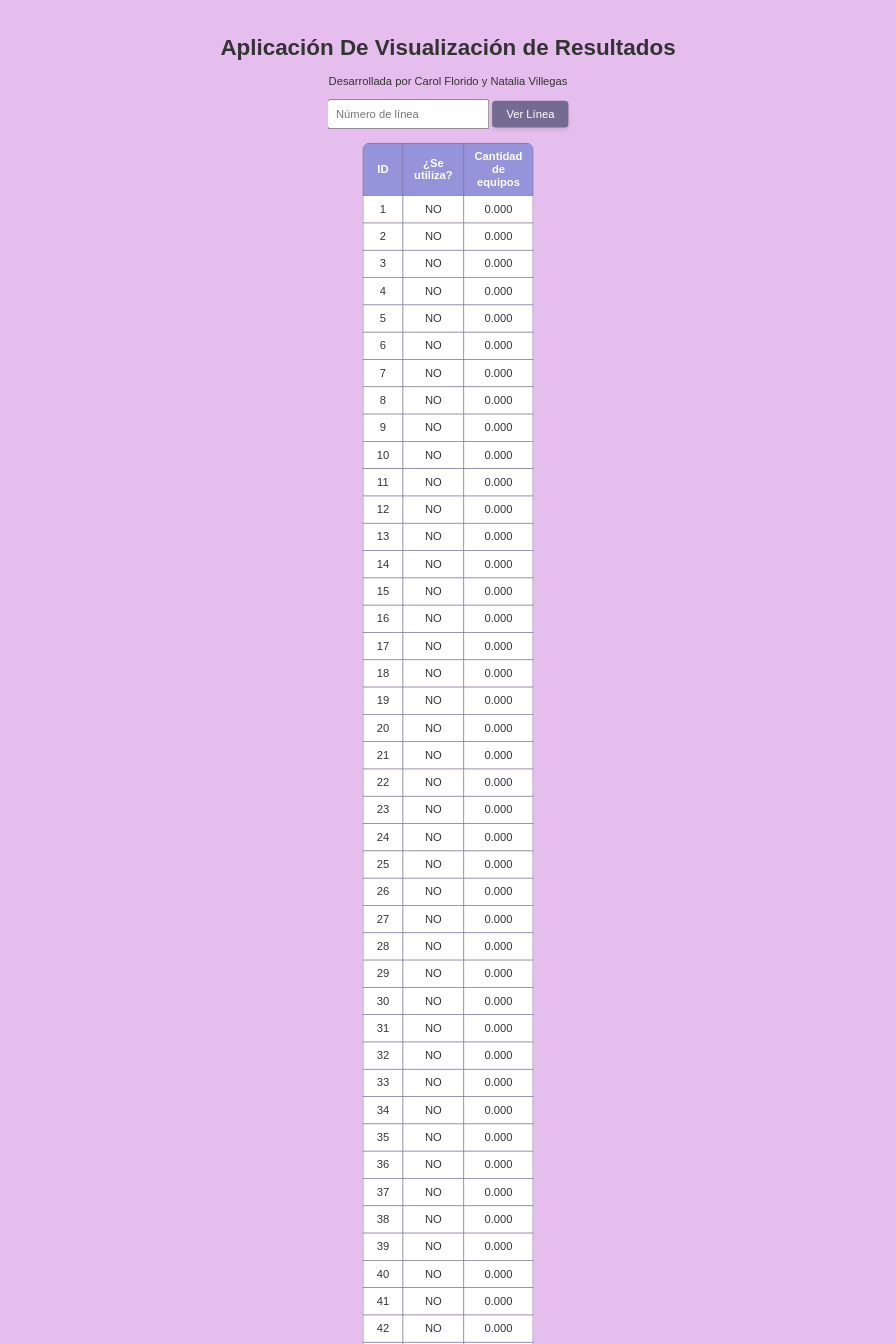
Repository: cflorido/Front_T3
Page: index.html
The author's editor kept a copy of each file at every save. The page is drawn from the files as they stood at one save, then again after the next save.
The browser window is 1280 px wide. The pictures show the part of the page from y = 0 to 1920 px (the page is 6969 px tall before and 720 px after), at 70% of full size.

Above is the page before, as saved 2024-10-22 22:37:39.

After the next save:
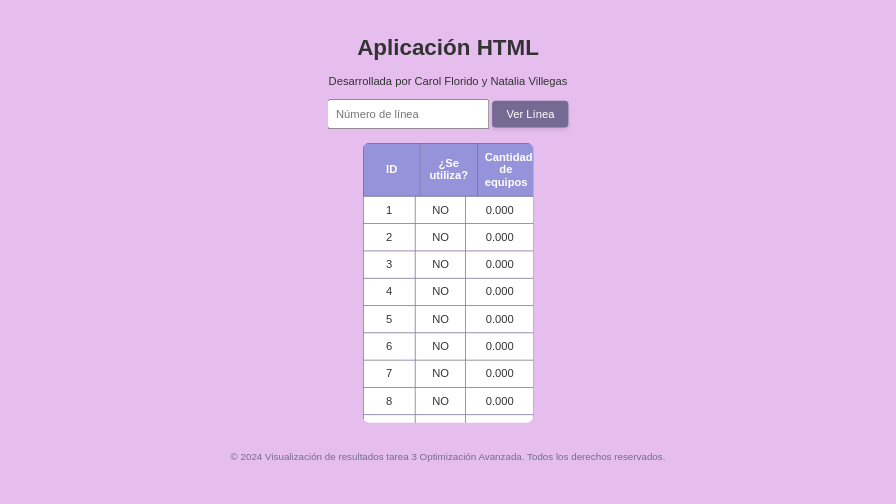
Saved 15 min 25 s later.
--- a/index.html
+++ b/index.html
@@ -34,6 +34,19 @@
             width: 20%; /* 20% del ancho de la pantalla */
             border-collapse: collapse;
             text-align: left;
+            overflow-y: auto; /* Habilitar desplazamiento vertical */
+            height: 400px; /* Altura fija para la tabla de equipos */
+            display: block; /* Para que el overflow funcione */
+        }
+        #tablaEquipos thead {
+            display: table; /* Para que el encabezado quede fijo */
+            table-layout: fixed; /* Fijar el ancho de las columnas */
+            width: 100%;
+        }
+        #tablaEquipos tbody {
+            display: block; /* Para permitir el desplazamiento */
+            height: 400px; /* Altura fija para el cuerpo de la tabla */
+            overflow-y: scroll; /* Habilitar desplazamiento vertical */
         }
         #tablaEquipos th, #tablaEquipos td {
             border: 1px solid #736B92;
@@ -91,7 +104,7 @@
     </style>
 </head>
 <body>
-    <h1>Aplicación De Visualización de Resultados</h1>
+    <h1>Aplicación HTML</h1>
     <p>Desarrollada por Carol Florido y Natalia Villegas</p>
 
     <input type="number" id="numeroLinea" placeholder="Número de línea" min="1" style="padding: 10px; font-size: 16px;">
@@ -229,7 +242,7 @@
 
                 const horaInicio = (i * 2) % 24;
                 const horaFin = (horaInicio + 2) % 24;
-                const franjaHoraria = `${horaInicio < 10 ? '0' : ''}${horaInicio}:00 - ${horaFin < 10 ? '0' : ''}${horaFin}:00`;
+                const franjaHoraria = `${horaInicio < 10 ? '0' + horaInicio : horaInicio}:00 - ${horaFin < 10 ? '0' + horaFin : horaFin}:00`;
 
                 const celdaFranja = document.createElement('td');
                 celdaFranja.textContent = franjaHoraria;
@@ -237,8 +250,9 @@
 
                 for (let j = 0; j < 7; j++) {
                     const celda = document.createElement('td');
-                    celda.textContent = horario[i * 7 + j];
-                    if (horario[i * 7 + j] === 1) {
+                    celda.textContent = horario[i][j];
+
+                    if (horario[i][j] === 1) {
                         celda.classList.add('utilizado'); // Agregar clase si se usa
                     }
                     fila.appendChild(celda);

After the save that followed:
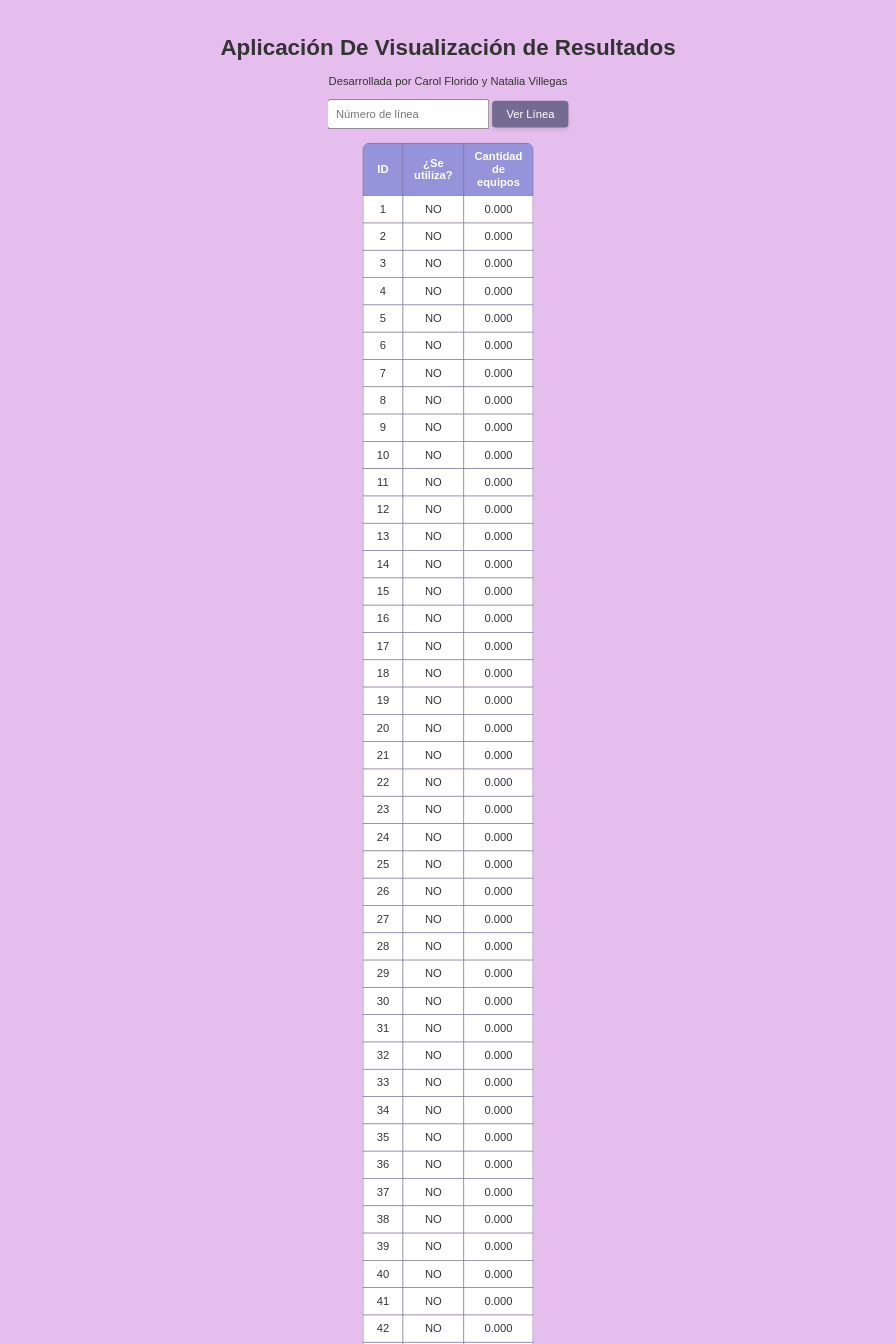
Saved 74 s later.
--- a/index.html
+++ b/index.html
@@ -34,19 +34,6 @@
             width: 20%; /* 20% del ancho de la pantalla */
             border-collapse: collapse;
             text-align: left;
-            overflow-y: auto; /* Habilitar desplazamiento vertical */
-            height: 400px; /* Altura fija para la tabla de equipos */
-            display: block; /* Para que el overflow funcione */
-        }
-        #tablaEquipos thead {
-            display: table; /* Para que el encabezado quede fijo */
-            table-layout: fixed; /* Fijar el ancho de las columnas */
-            width: 100%;
-        }
-        #tablaEquipos tbody {
-            display: block; /* Para permitir el desplazamiento */
-            height: 400px; /* Altura fija para el cuerpo de la tabla */
-            overflow-y: scroll; /* Habilitar desplazamiento vertical */
         }
         #tablaEquipos th, #tablaEquipos td {
             border: 1px solid #736B92;
@@ -104,7 +91,7 @@
     </style>
 </head>
 <body>
-    <h1>Aplicación HTML</h1>
+    <h1>Aplicación De Visualización de Resultados</h1>
     <p>Desarrollada por Carol Florido y Natalia Villegas</p>
 
     <input type="number" id="numeroLinea" placeholder="Número de línea" min="1" style="padding: 10px; font-size: 16px;">
@@ -242,7 +229,7 @@
 
                 const horaInicio = (i * 2) % 24;
                 const horaFin = (horaInicio + 2) % 24;
-                const franjaHoraria = `${horaInicio < 10 ? '0' + horaInicio : horaInicio}:00 - ${horaFin < 10 ? '0' + horaFin : horaFin}:00`;
+                const franjaHoraria = `${horaInicio < 10 ? '0' : ''}${horaInicio}:00 - ${horaFin < 10 ? '0' : ''}${horaFin}:00`;
 
                 const celdaFranja = document.createElement('td');
                 celdaFranja.textContent = franjaHoraria;
@@ -250,9 +237,8 @@
 
                 for (let j = 0; j < 7; j++) {
                     const celda = document.createElement('td');
-                    celda.textContent = horario[i][j];
-
-                    if (horario[i][j] === 1) {
+                    celda.textContent = horario[i * 7 + j];
+                    if (horario[i * 7 + j] === 1) {
                         celda.classList.add('utilizado'); // Agregar clase si se usa
                     }
                     fila.appendChild(celda);
